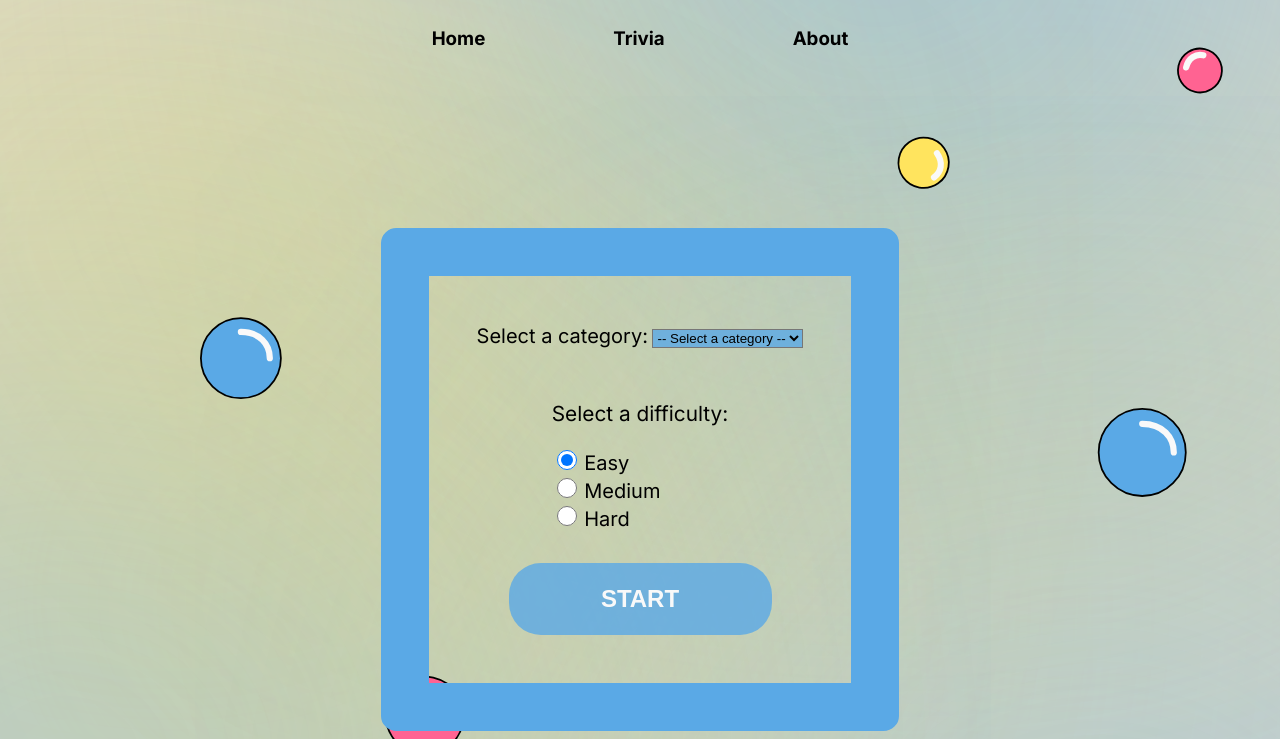
Repository: sierralaurent/SmartiePants
Page: trivia.html
An editor plug-in stored every save of this project. The page is shown before and after the next save, followed by the edit.
The browser window is 1280 px wide. The pictures show the whole page.
The page's requests for data from a server got no answer.

Above is the page before, as saved 2023-05-21 20:50:20.

After the next save:
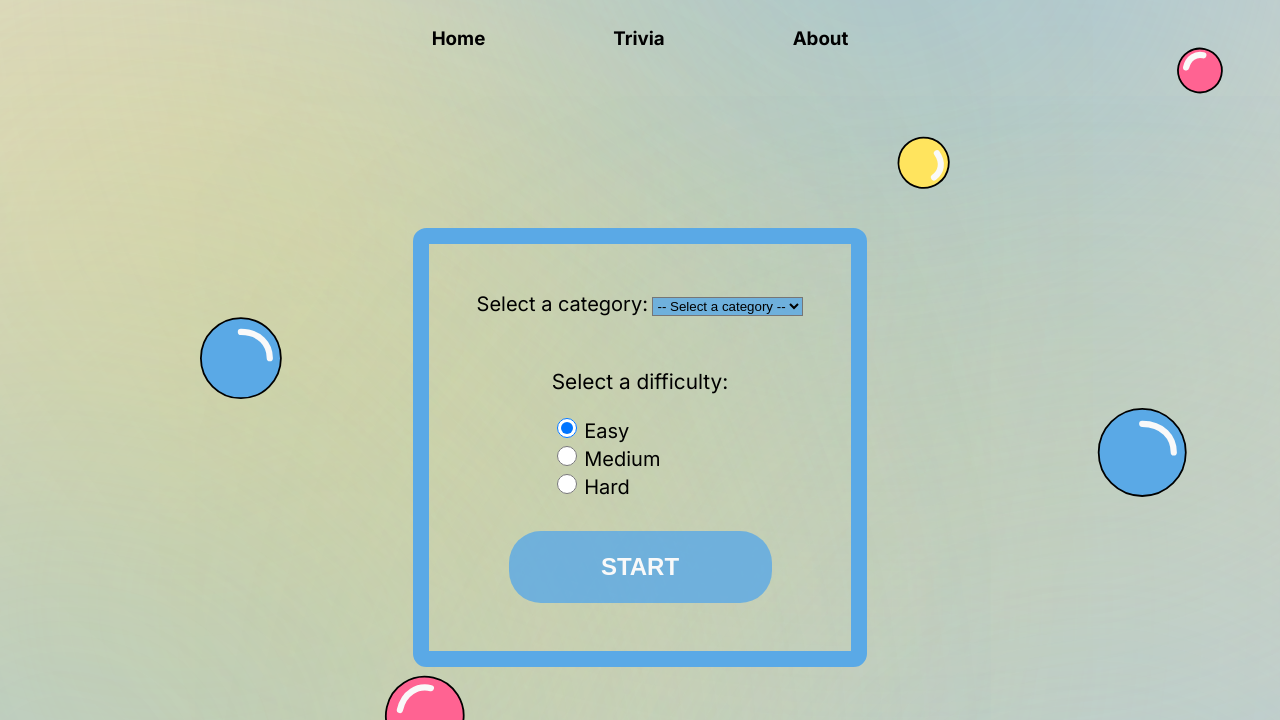
Saved 4 s later.
--- a/trivia.css
+++ b/trivia.css
@@ -219,7 +219,7 @@ select {
 }
 
 .settingsContainer{
-border: 3rem solid;
+border: 1rem solid;
 border-color: #5AA9E6;
 border-radius: 3%;
 padding: 3rem;
